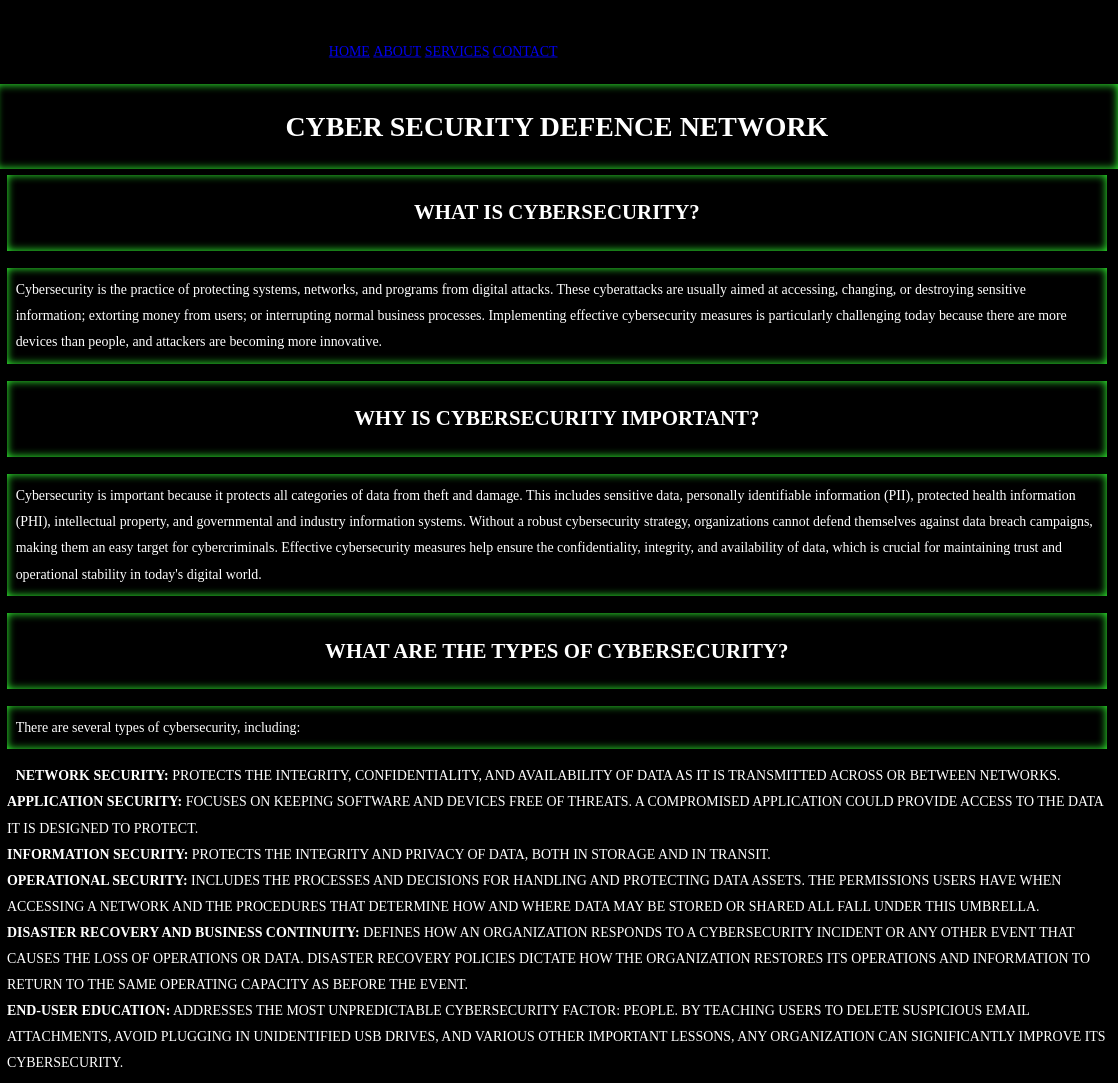
Repository: newworldhost/nwh
Page: index.html
An editor plug-in stored every save of this project. The page is shown before and after the next save, followed by the edit.
The browser window is 1280 px wide. The page is 1285 px wide, so the pictures cover 1285 px, including what lies to the right of the window. The pictures show the whole page, at 87% of full size.

Above is the page before, as saved 2025-03-04 15:53:49.

### index.html
<!DOCTYPE html>
<html lang="en">
<head>
    <meta charset="UTF-8">
    <meta name="viewport" content="width=device-width, initial-scale=1.0">
    <meta name="author" content="cyber security defence network">
    <meta name="description" content="cyber security defence network">
    <meta name="keywords" content="cyber security defence network">
    <link rel="stylesheet" href="style.css">
    <title>cyber security defence network</title>
</head>
<body>
    <header>
        <nav>
            <ul>
                <li><a href="index.html">Home</a></li>
                <li><a href="about.html">About</a></li>
                <li><a href="services.html">Services</a></li>
                <li><a href="contact.html">Contact</a></li>
            </ul>
        </nav>
    <h1>cyber security defence network</h1>

    <h2>What is cybersecurity?</h2>
    <p>Cybersecurity is the practice of protecting systems, networks, and programs from digital attacks. These cyberattacks are usually aimed at accessing, changing, or destroying sensitive information; extorting money from users; or interrupting normal business processes. Implementing effective cybersecurity measures is particularly challenging today because there are more devices than people, and attackers are becoming more innovative.</p>
    <h2>Why is cybersecurity important?</h2>
    <p>Cybersecurity is important because it protects all categories of data from theft and damage. This includes sensitive data, personally identifiable information (PII), protected health information (PHI), intellectual property, and governmental and industry information systems. Without a robust cybersecurity strategy, organizations cannot defend themselves against data breach campaigns, making them an easy target for cybercriminals. Effective cybersecurity measures help ensure the confidentiality, integrity, and availability of data, which is crucial for maintaining trust and operational stability in today's digital world.</p>
    <h2>What are the types of cybersecurity?</h2>
    <p>There are several types of cybersecurity, including:</p>
    <ul>
        <li><strong>Network Security:</strong> Protects the integrity, confidentiality, and availability of data as it is transmitted across or between networks.</li>
        <li><strong>Application Security:</strong> Focuses on keeping software and devices free of threats. A compromised application could provide access to the data it is designed to protect.</li>
        <li><strong>Information Security:</strong> Protects the integrity and privacy of data, both in storage and in transit.</li>
        <li><strong>Operational Security:</strong> Includes the processes and decisions for handling and protecting data assets. The permissions users have when accessing a network and the procedures that determine how and where data may be stored or shared all fall under this umbrella.</li>
        <li><strong>Disaster Recovery and Business Continuity:</strong> Defines how an organization responds to a cybersecurity incident or any other event that causes the loss of operations or data. Disaster recovery policies dictate how the organization restores its operations and information to return to the same operating capacity as before the event.</li>
        <li><strong>End-user Education:</strong> Addresses the most unpredictable cybersecurity factor: people. By teaching users to delete suspicious email attachments, avoid plugging in unidentified USB drives, and various other important lessons, any organization can significantly improve its cybersecurity.</li>
    </ul>
</body>
</html>

### style.css
h1 {
    text-align: center;
    background-color: black;
    color: white;
    padding: 30px;
    text-transform: uppercase;
    box-shadow: inset 0 0 10px #33ff33;
    margin: -13px;
}
h2 {
    text-align: center;
    background-color: black;
    color: white;
    padding: 30px;
    text-transform: uppercase;
    box-shadow: inset 0 0 10px #33ff33;
}
p {
    background-color: black;
    color: white;
    padding: 10px;
    box-shadow: inset 0 0 10px #33ff33;
    line-height: 30px;
    list-style-type: none;
}
body {
    background-color: black;
}
/* navigation */
ul {
    background-color: black;
    color: white;
    padding: 10px;
    line-height: 30px;
    list-style-type: none;
    display: inline;
}
nav {
    background-color: black;
    color: white;
    display: flex;
    margin: 0 350px 0 350px; /* align the navbar in the center */
    padding: 10px;
}
li {
    display:inline-block;
    text-transform: uppercase;

}

After the next save:
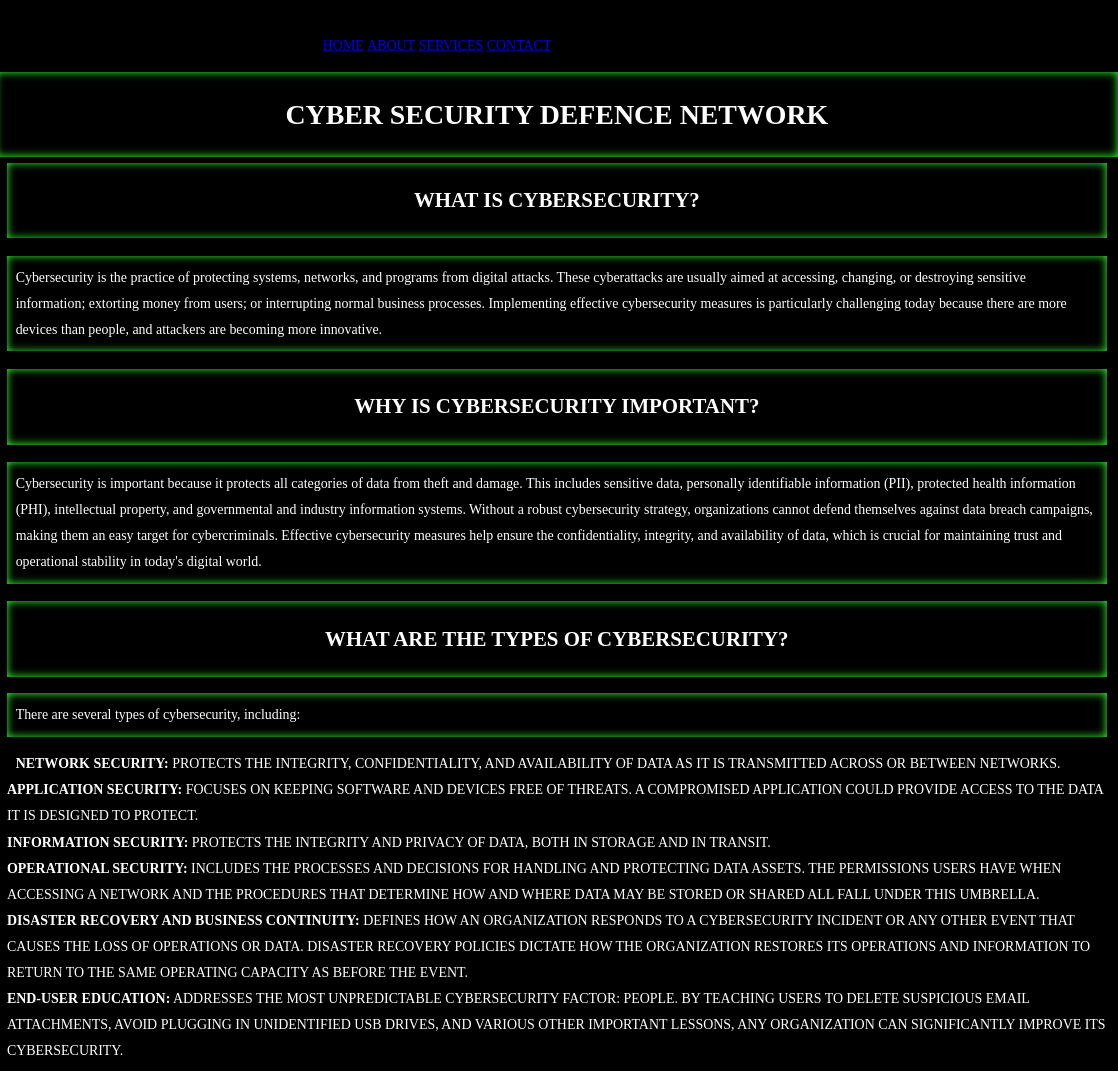
Saved 7 s later.
--- a/style.css
+++ b/style.css
@@ -40,7 +40,7 @@ nav {
     color: white;
     display: flex;
     margin: 0 350px 0 350px; /* align the navbar in the center */
-    padding: 10px;
+    padding: 3px;
 }
 li {
     display:inline-block;
